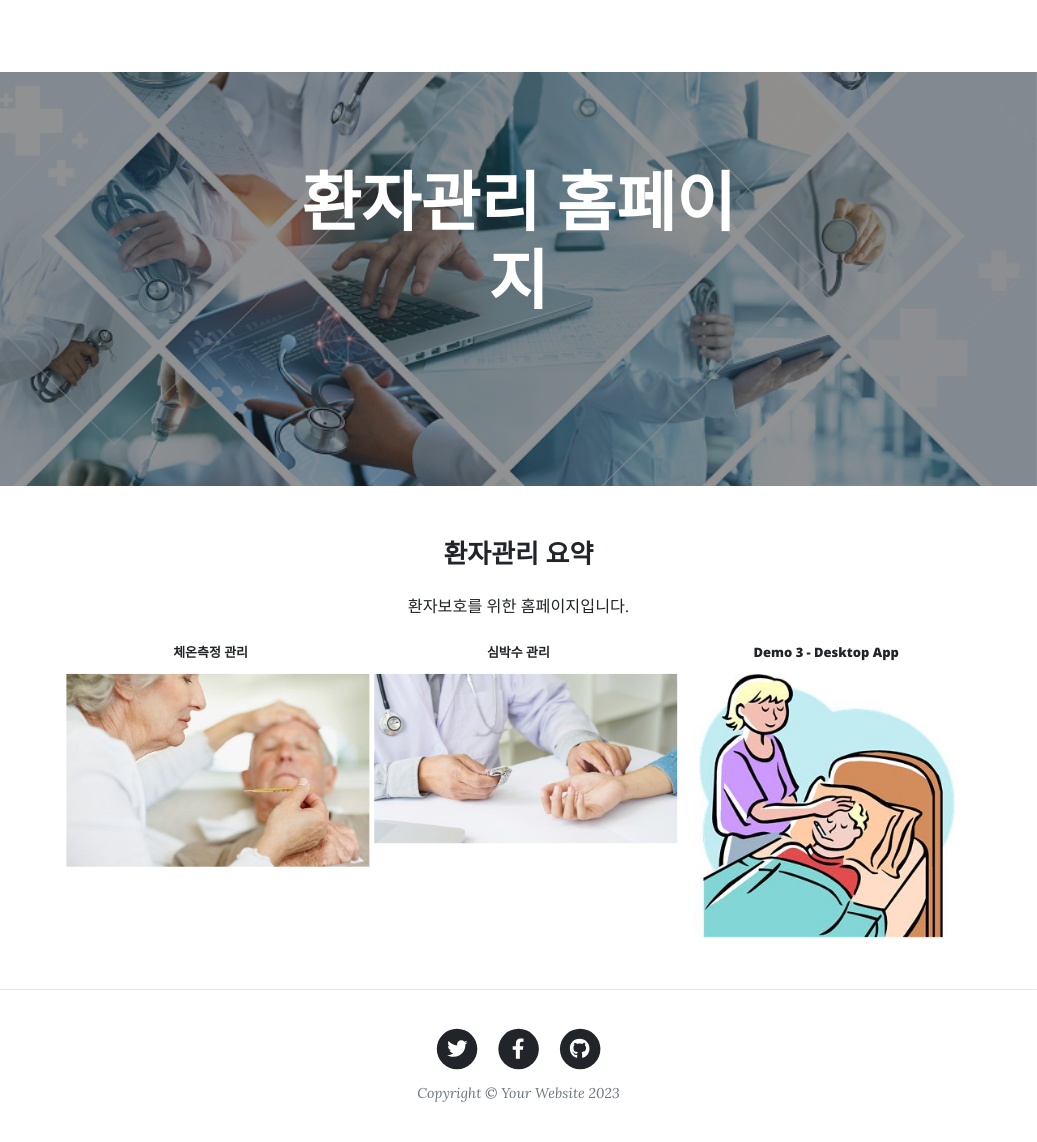
Repository: honsb91/project
Page: http://localhost/hospital/main.jsp
These files come from the project's save history. The page is drawn as it stood at one moment and after the next save; the edit follows.
The browser window is 1280 px wide. The pictures show the whole page, at 81% of full size.
Some web libraries are served in a nearby version. The page is served by Tomcat 9. Nobody is signed in. The application's start-up code is not run.

Above is the page before, as saved 2024-01-24 02:02:45.

After the next save:
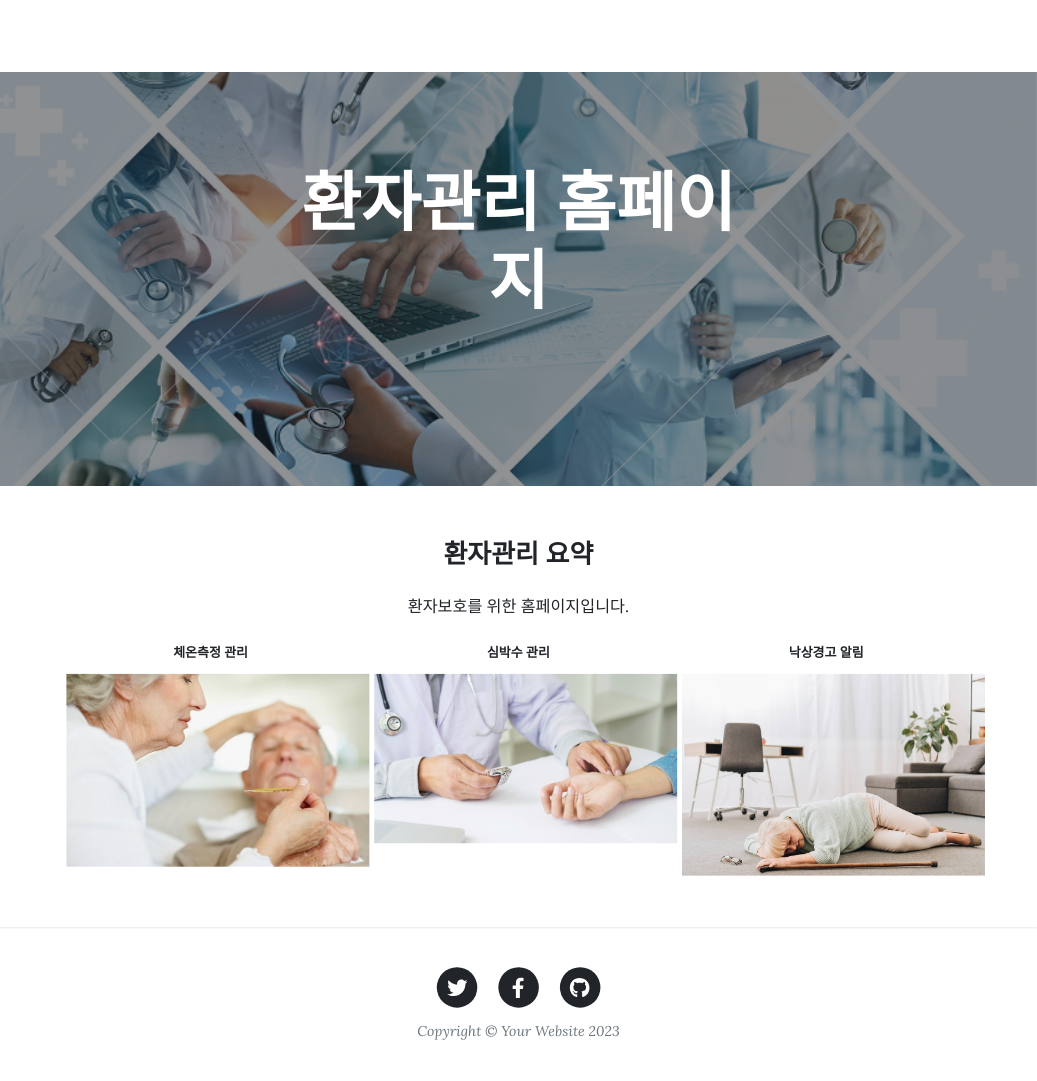
Saved 2 min 33 s later.
--- a/hospital/src/main/webapp/main.jsp
+++ b/hospital/src/main/webapp/main.jsp
@@ -95,10 +95,10 @@
 						class="img-fluid rounded-lg"></a>
 				</div>
 				<div data-v-0e51b078="" class="col-lg-4 mb-5">
-					<h6 data-v-0e51b078="" class="mb-3">Demo 3 - Desktop App</h6>
+					<h6 data-v-0e51b078="" class="mb-3">낙상경고 알림</h6>
 					<a href="/landings/desktop-app"
 						class="d-block rounded-lg lift lift-lg" data-v-0e51b078=""><img
-						src="resources/assets/img/ok7.jpg"
+						src="resources/assets/img/ok11.jpg"
 						class="img-fluid rounded-lg"></a>
 				</div>
 			</div>
